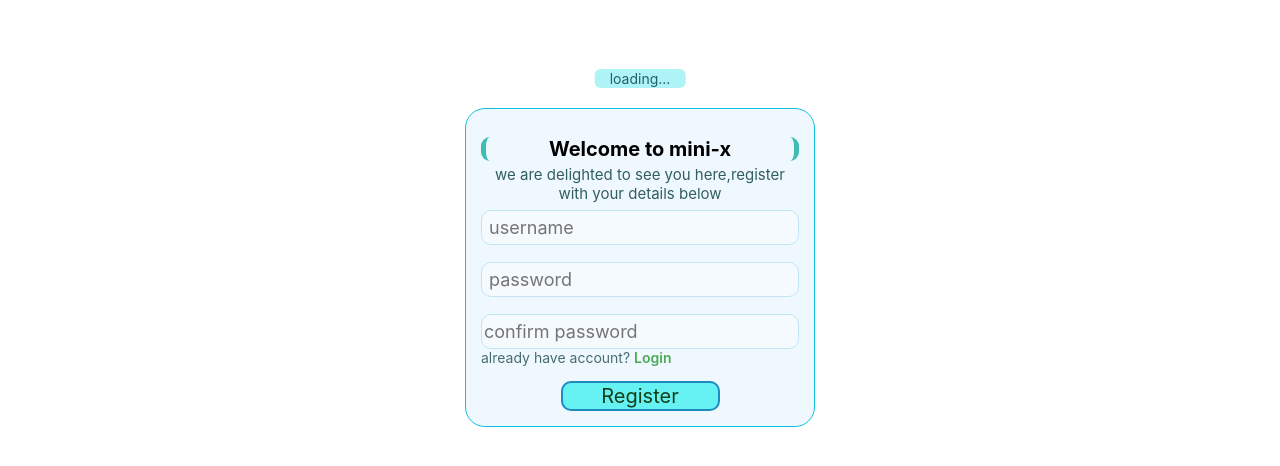
Repository: Usmanashir33/second-app
Page: /
These files come from the project's save history. The page is drawn as it stood at one moment and after a run of saves; the edit follows.
The browser window is 1280 px wide. The pictures show the whole page.
Some web libraries are served in a nearby version. The project was rebuilt for these pictures with package versions that can differ from the ones it lists, and the page was loaded fresh each time. Also part of the build but not shown: src/PostForm.js, src/Home.js, src/useFetch.js, src/CommentForm.js, src/PostCard.js, src/Posts.js, src/useGetUser.js, src/profile.css and 14 more.

Above is the page before, as saved 2024-07-24 10:03:52.

After the next 9 saves:
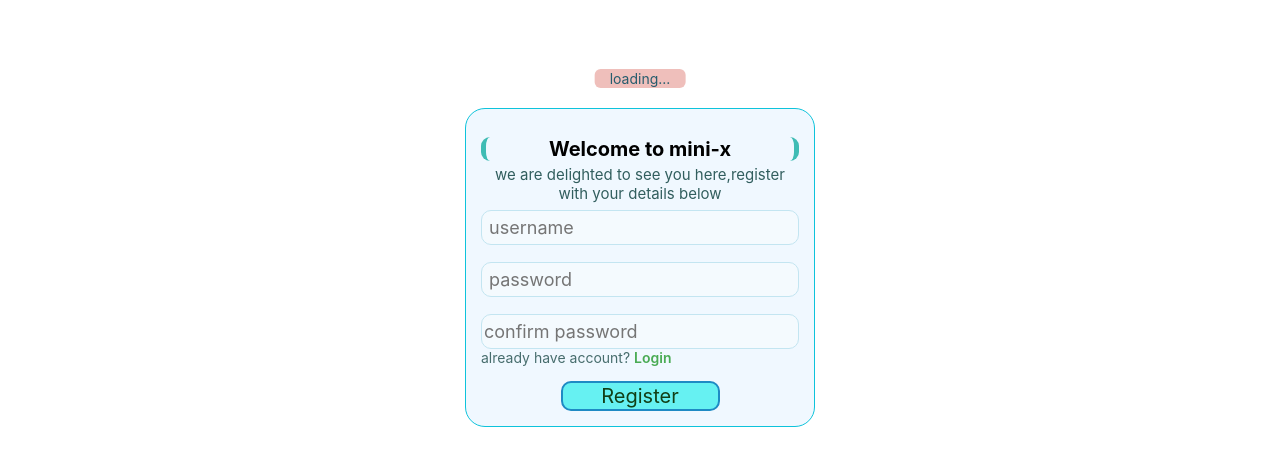
The 9 saves are shown as one change because they came seconds apart.
The last was saved 19 s later.
--- a/src/index.css
+++ b/src/index.css
@@ -565,7 +565,7 @@ textarea:focus-within{
 }
 .loading-container,.failed-container{
   /* background-color: rgb(174, 243, 246); */
-  background-color: rgb(174, 243, 246);
+  background-color: rgba(231, 155, 149, 0.641);
   width:max-content;
   font-size: 14px !important;
   text-align: center;
